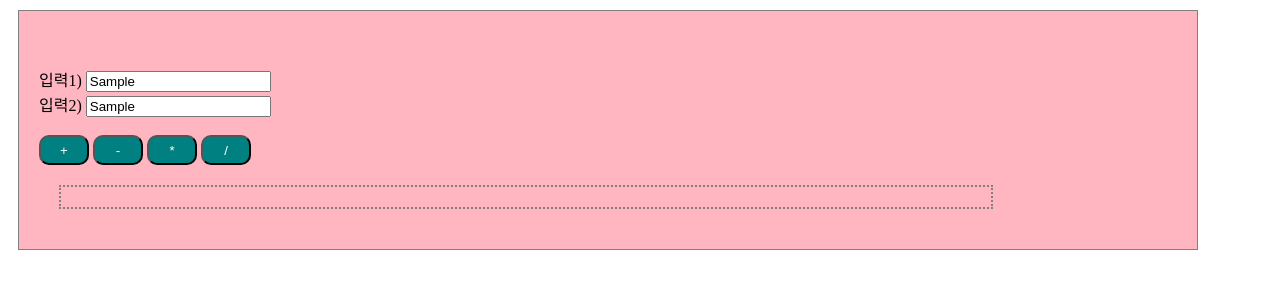
Repository: jeje0130/html
Page: webpro/WebContent/0114/input함수지역.html
The author's editor kept a copy of each file at every save. The page is drawn from the files as they stood at one save, then again after the next save.
The browser window is 1280 px wide. The pictures show the whole page.
Empty fields were first filled with sample values (such as "Sample", 5 or name@example.com).
After loading, the first visible `input[onclick="proc1('+')"]` was clicked once.

Above is the page before, as saved 2021-01-14 03:09:23.
Console error: ReferenceError: res is not defined

After the next save:
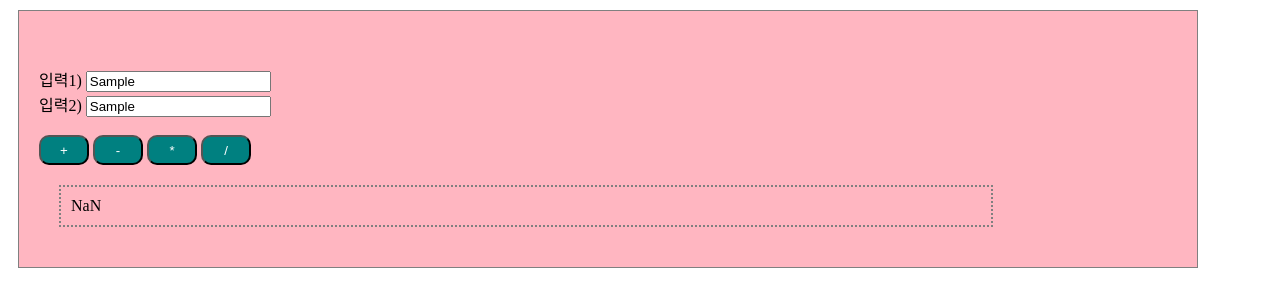
The error is gone.
Saved 113 s later.
--- a/webpro/WebContent/0114/input함수지역.html
+++ b/webpro/WebContent/0114/input함수지역.html
@@ -17,21 +17,21 @@
 
 		switch(a){
 		case "+" :
-			sum(); //함수호출
+			k = sum(); //함수호출
 			break;
 		case "-" :
-			sub();
+			k = sub();
 			break;
 		case "*" :
-			multi();
+			k = multi();
 			break;
 		case "/" :
-			divide();
+			k = divide();
 			break;
 		}
 		//출력
 		result=document.querySelector("#result1");
-		result.innerHTML = res;
+		result.innerHTML = k;
 	}
 
 	function sum() {
